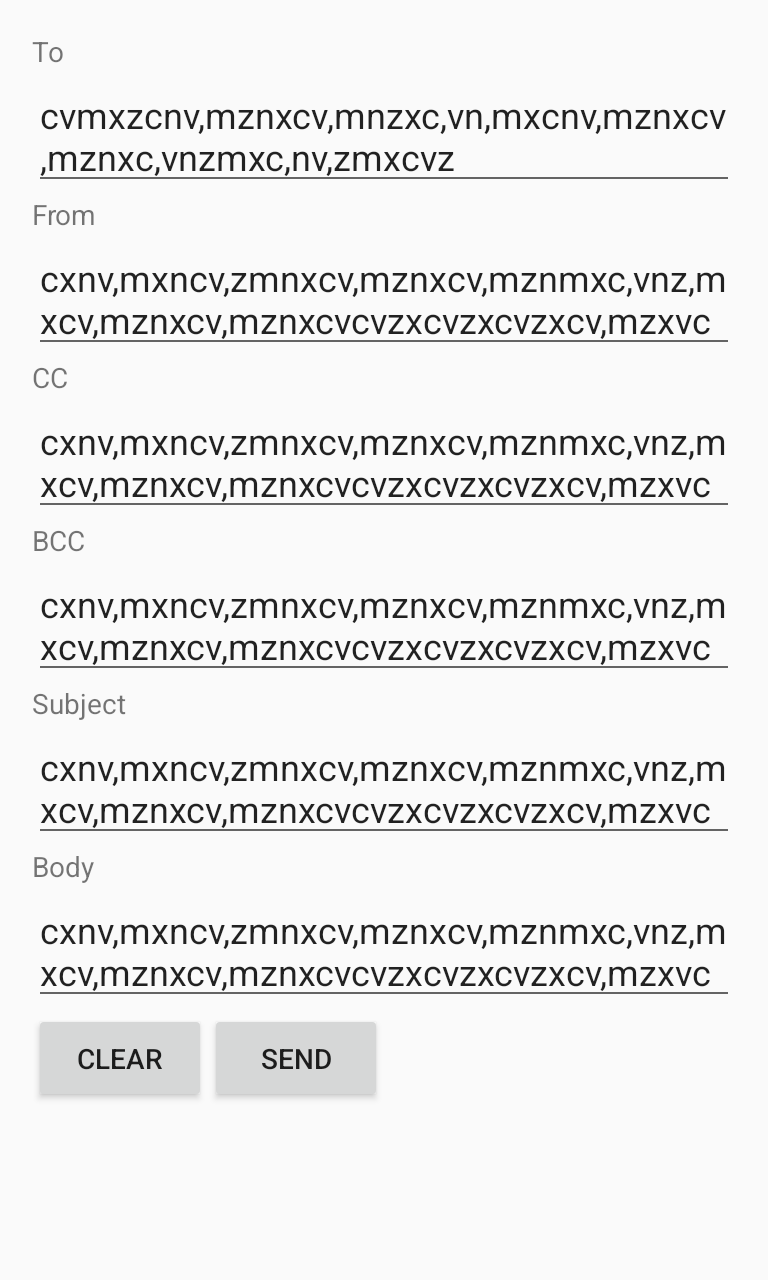
Repository: tmccartan/Android
Layout: Assignment1/res/layout/activity_email_composition.xml
These files come from the project's save history. The layout is drawn as it stood at one moment and after the next save; the edit follows.
It is drawn on a 768 x 1280 px phone screen (xhdpi) without system bars, with theme Theme.AppCompat.Light; the app's code is not run. The app's manifest (not shown) leaves right-to-left support off. So textAlignment, textDirection and layoutDirection are ignored, and left and right values win over start and end ones.

Above is the layout before, as saved 2015-03-03 21:24:50.

After the next save:
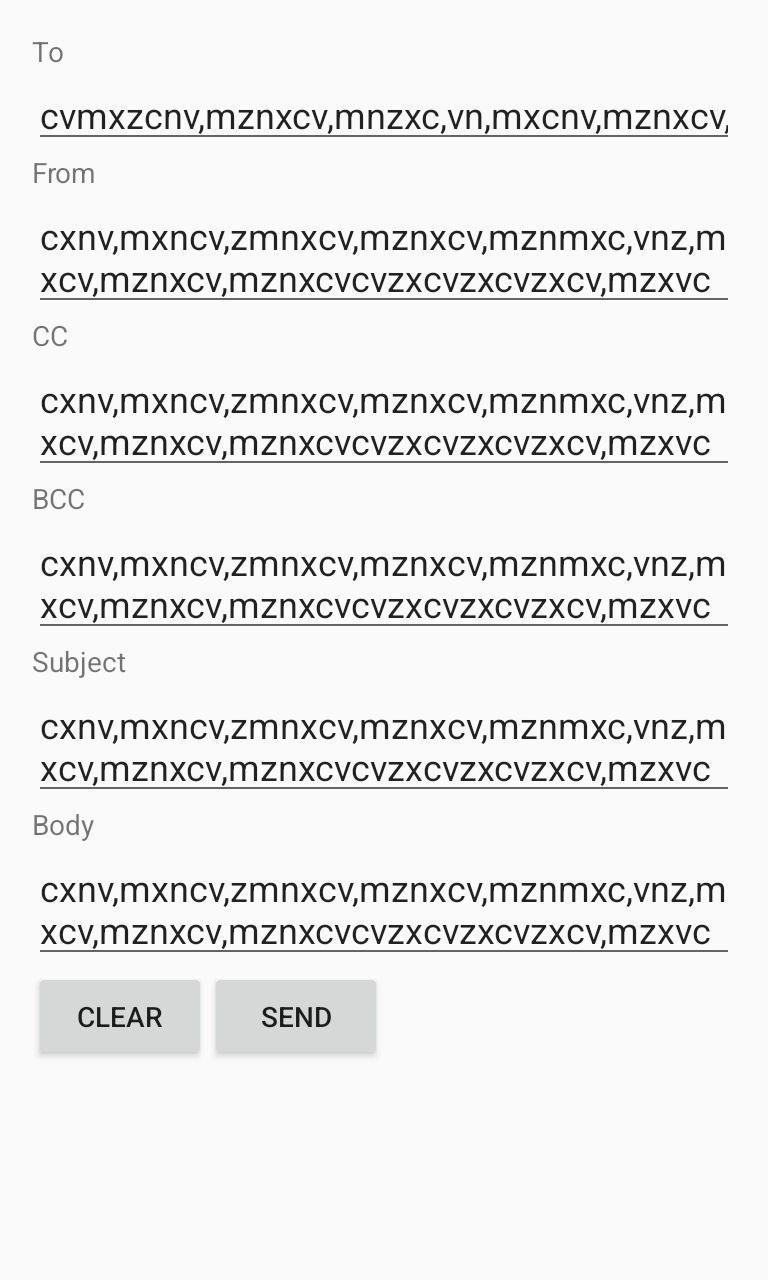
Saved 4 min 41 s later.
--- a/Assignment1/res/layout/activity_email_composition.xml
+++ b/Assignment1/res/layout/activity_email_composition.xml
@@ -47,7 +47,7 @@
                     android:id="@+id/txtTo"
                     android:layout_width="wrap_content"
                     android:layout_height="wrap_content"
-                    android:text="cvmxzcnv,mznxcv,mnzxc,vn,mxcnv,mznxcv,mznxc,vnzmxc,nv,zmxcvz" />
+                    android:text="cvmxzcnv,mznxcv,mnzxc,vn,mxcnv,mznxcv,mznxc,vnzmxc,nv,zmxcvz" android:inputType="text"/>
 
             </TableRow>
 
